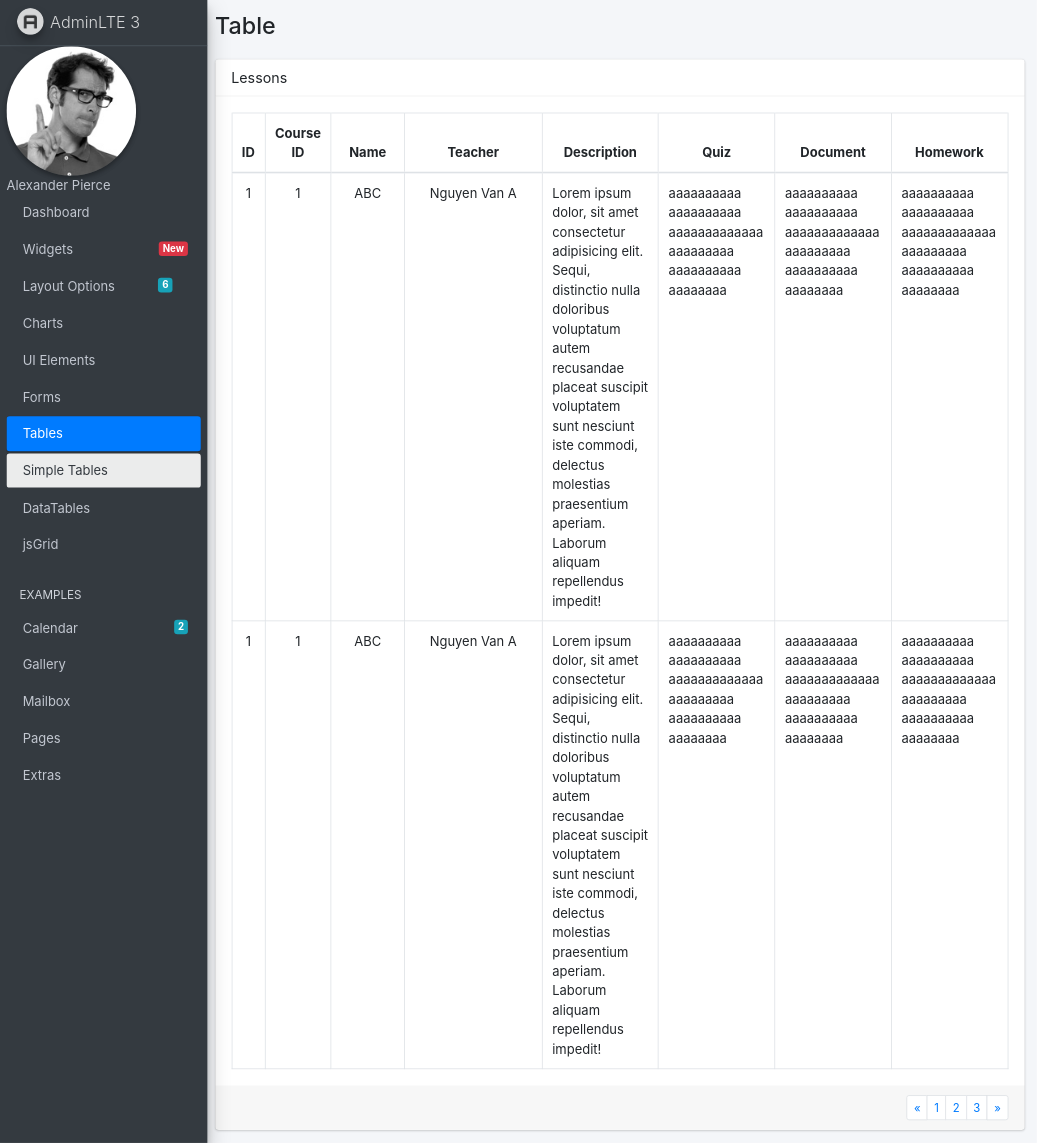
Repository: huyennvo/table
Page: http://localhost/table/lessons
An editor plug-in stored every save of this project. The page is shown before and after the next save, followed by the edit.
The browser window is 1280 px wide. The pictures show the whole page, at 81% of full size.
Some web fonts or font styles are not loaded; a fallback is used. The page is served by the project's Laravel application, run on PHP 8.4 with Laravel 8.

Above is the page before, as saved 2022-08-12 09:08:22.

After the next save:
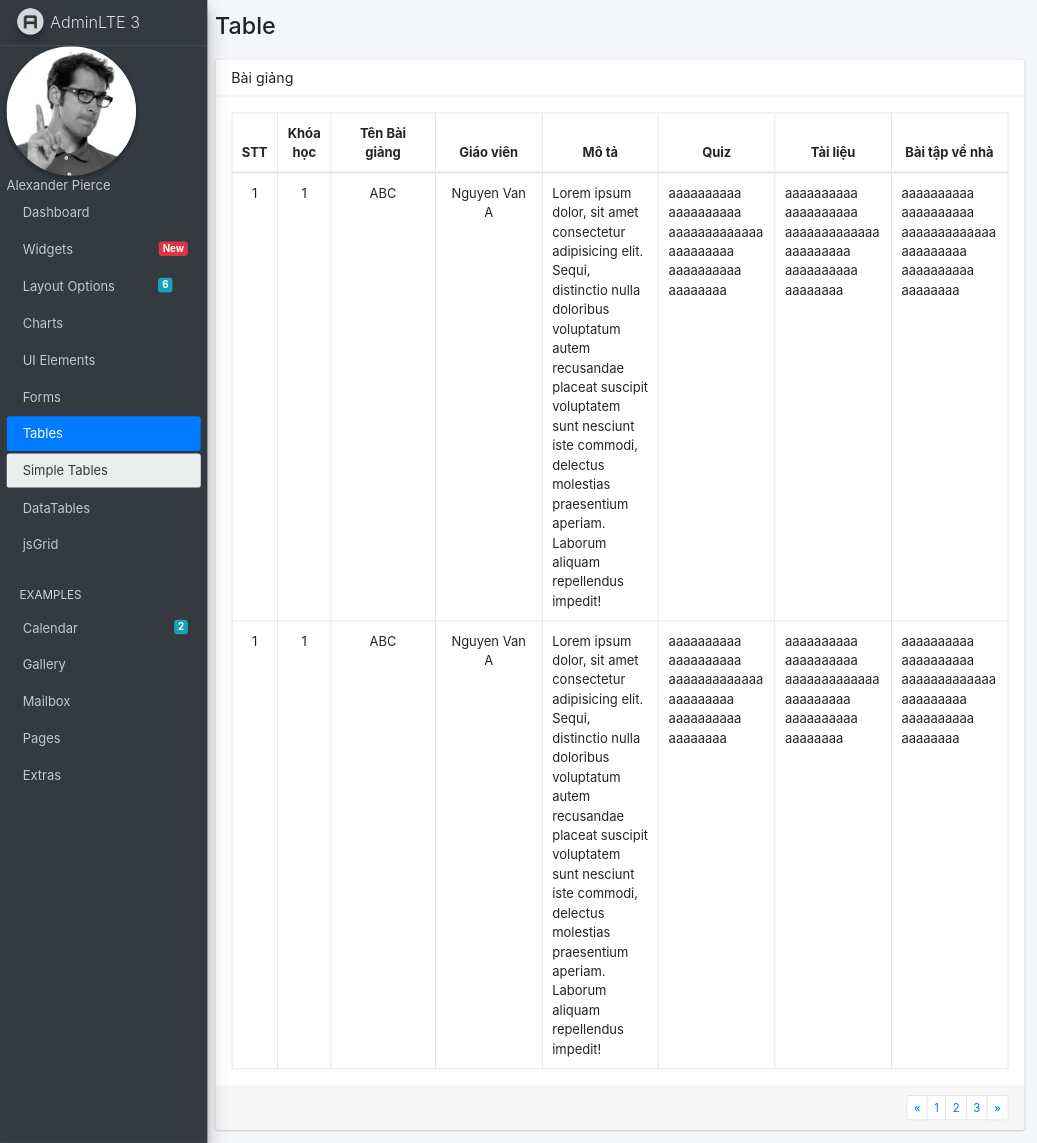
Saved 35 min 18 s later.
--- a/resources/views/lessons.blade.php
+++ b/resources/views/lessons.blade.php
@@ -8,21 +8,21 @@
           <div class="col-md-12">
             <div class="card">
               <div class="card-header">
-                <h3 class="card-title">Lessons</h3>
+                <h3 class="card-title">Bài giảng</h3>
               </div>
               <!-- /.card-header -->
               <div class="card-body">
                 <table class="table table-bordered" >
                   <thead>
                     <tr>
-                      <th style="width: 10px">ID</th>
-                      <th class="course-id" style="width: 10px">Course ID</th>
-                      <th class="name">Name</th>
-                      <th>Teacher</th>
-                      <th style="width: 15%">Description</th>
+                      <th style="width: 10px">STT</th>
+                      <th class="course-id" style="width: 10px">Khóa học</th>
+                      <th class="name">Tên Bài giảng</th>
+                      <th>Giáo viên</th>
+                      <th style="width: 15%">Mô tả</th>
                       <th style="width: 15%">Quiz</th>
-                      <th style="width: 15%">Document</th>
-                      <th style="width: 15%">Homework</th>
+                      <th style="width: 15%">Tài liệu</th>
+                      <th style="width: 15%">Bài tập về nhà</th>
                     </tr>
                   </thead>
                   <tbody>
